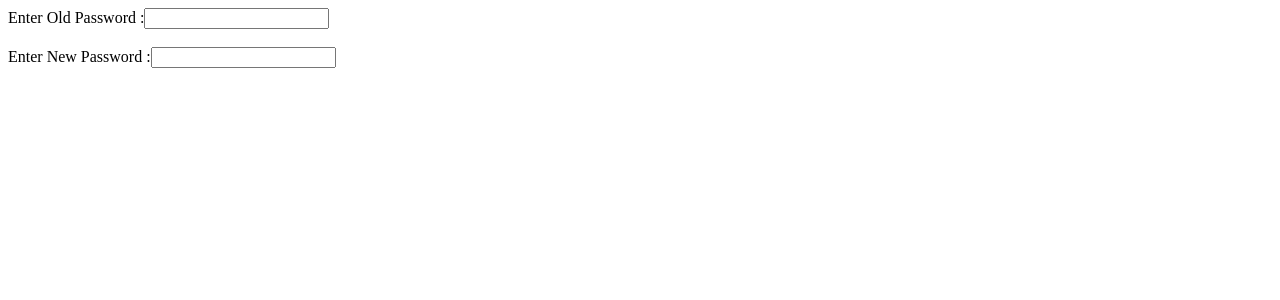
Repository: nihargowda/phase2project
Page: http://localhost/AirAway/updatepassword.jsp
These files come from the project's save history. The page is drawn as it stood at one moment and after the next save; the edit follows.
The browser window is 1280 px wide. The pictures show the whole page.
The page is served by Tomcat 9.

Above is the page before, as saved 2020-11-19 13:30:05.

After the next save:
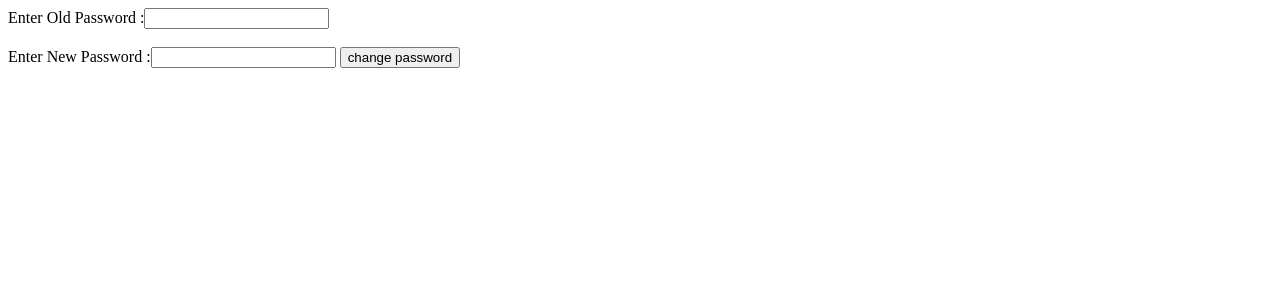
Saved 54 s later.
--- a/AirAway/src/main/webapp/updatepassword.jsp
+++ b/AirAway/src/main/webapp/updatepassword.jsp
@@ -11,6 +11,7 @@
 
 Enter Old Password :<input type= "password" name="oldpassword"><br><br>
 Enter New Password :<input type= "password" name= "newpassword">
+<input type= "submit" value="change password"
 
 
 
